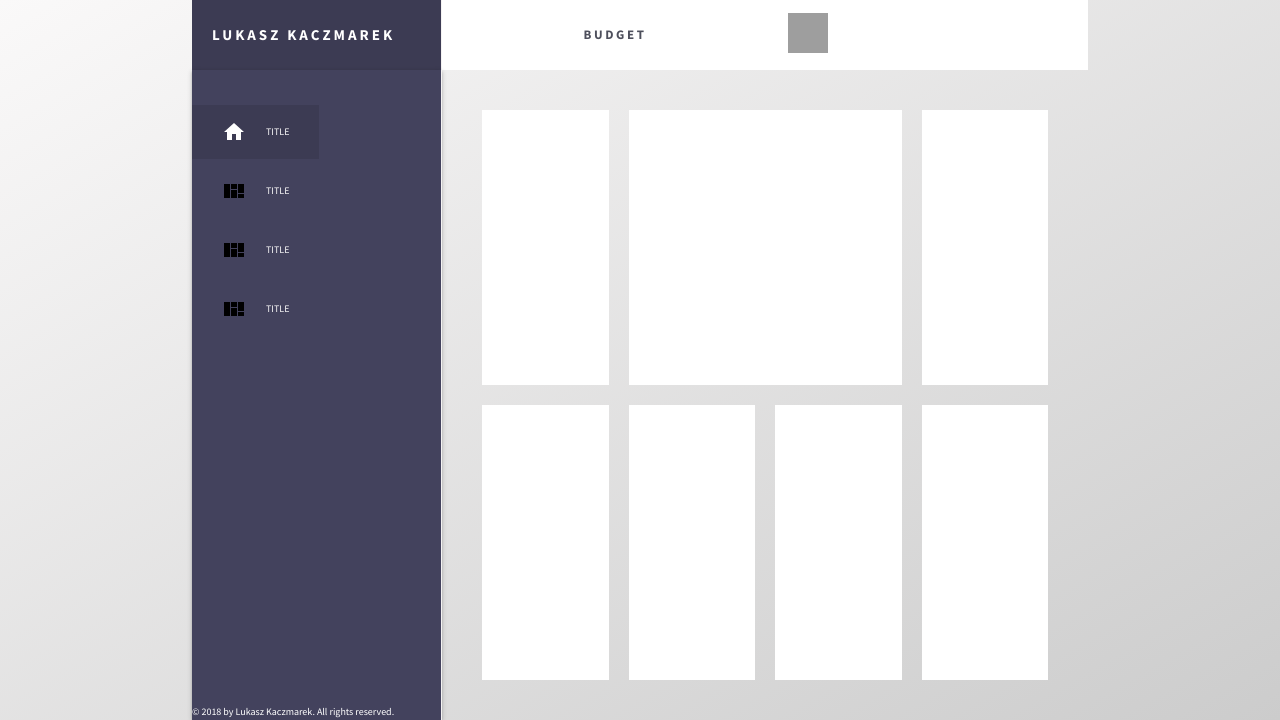
Repository: Archezi/BudgetApplication
Page: index.html
These files come from the project's save history. The page is drawn as it stood at one moment and after the next save; the edit follows.
The browser window is 1280 px wide. The pictures show the whole page.
Pictures or frames that could not be fetched are drawn as grey boxes. The style sheet was rebuilt from its Sass, Less or Tailwind sources for each picture, by a compiler version that may differ from the author's.

Above is the page before, as saved 2018-08-28 22:42:22.

### index.html
<!DOCTYPE html>
<html lang="en">
<head>
    <meta charset="UTF-8">
    <meta name="viewport" content="width=device-width, initial-scale=1.0">
    <meta http-equiv="X-UA-Compatible" content="ie=edge">
    <link href="https://fonts.googleapis.com/css?family=Source+Sans+Pro:300,400,700" rel="stylesheet">
    <!--Import Google Icon Font-->
    <link href="https://fonts.googleapis.com/icon?family=Material+Icons" rel="stylesheet">
    <!--Import materialize.css-->
    <link type="text/css" rel="stylesheet" href="css/materialize.min.css"  media="screen,projection"/>
    <!-- Website style.css-->
    <link rel="stylesheet" href="css/style.comp.css">

    <title>Budget Application</title>

</head>
<body>
   <div class="container">
        <header class="header">
            <div class="logo">
                <h1>Lukasz Kaczmarek</h1>
            </div>
            <div class="page_title">
                <h2>Budget</h2>
            </div>
            <div class="user-nav">
                <div class="user-nav__icon"></div>
                <div class="user-nav__profile">
                    <img src="https://source.unsplash.com/random/40x40" alt="">
                </div>
            </div>
        </header>

        <div class="content">
            <nav class="sidebar">
                <ul class="side-nav">
                    <li class="side-nav__item side-nav__item--active">
                        <a href="#" class="side-nav__link">
                                <svg class="side-nav__icon" style="width:24px;height:24px" viewBox="0 0 24 24">
                                    <path fill="#fff" d="M10,20V14H14V20H19V12H22L12,3L2,12H5V20H10Z" />
                                </svg>
                            <span>Title</span>
                        </a>
                    </li>
                    <li class="side-nav__item ">
                        <a href="#" class="side-nav__link">
                            <svg class="side-nav__icon" style="width:24px;height:24px" viewBox="0 0 24 24">
                                <path fill="#000000" d="M2,5V19H8V5H2M9,5V10H15V5H9M16,5V14H22V5H16M9,11V19H15V11H9M16,15V19H22V15H16Z" />
                            </svg>
                            <span>Title</span>
                        </a>
                    </li>
                    <li class="side-nav__item ">
                        <a href="#" class="side-nav__link">
                            <svg class="side-nav__icon" style="width:24px;height:24px" viewBox="0 0 24 24">
                                <path fill="#000000" d="M2,5V19H8V5H2M9,5V10H15V5H9M16,5V14H22V5H16M9,11V19H15V11H9M16,15V19H22V15H16Z" />
                            </svg>
                            <span>Title</span>
                        </a>
                    </li>
                    <li class="side-nav__item ">
                        <a href="#" class="side-nav__link">
                            <svg class="side-nav__icon" style="width:24px;height:24px" viewBox="0 0 24 24">
                                <path fill="#000000" d="M2,5V19H8V5H2M9,5V10H15V5H9M16,5V14H22V5H16M9,11V19H15V11H9M16,15V19H22V15H16Z" />
                            </svg>
                            <span>Title</span>
                        </a>
                    </li>
                </ul>

                <div class="legal">
                    &copy; 2018 by Lukasz Kaczmarek. All rights reserved.
                </div>
            </nav>

            <div class="main">
                <div class="budget">
                    <div class="income-panel"> </div>
                    <div class="history-panel"></div>
                    <div class="expenses-panel"></div>
                </div>
                <div class="statistics">
                    <div class="net-profit-panel"></div>
                    <div class="tax-panel"></div>
                    <div class="savings-panel"></div>
                    <div class="projections"></div>

                </div>
            </div>

        </div>
   </div>

   <!-- Compiled and minified JavaScript -->
   <script src="https://cdnjs.cloudflare.com/ajax/libs/materialize/1.0.0-rc.2/js/materialize.min.js"></script>
</body>
</html>

### sass/main.scss
@import "base/reset";
@import "base/base";
@import "base/typography";

@import "abstracts/variables";
@import "components/mainComponent";
@import "components/layout";

### sass/base/_base.scss
:root {
    --color-primary: #eb2f64;
    --color-primary-light: #FF3366;
    --color-primary-dark: #BA265D;

    --color-background-dark: #3C3B53;
    --color-background-light: #43425D;

    --color-grey-light-1: #faf9f9;
    --color-grey-light-2: #f4f2f2;
    --color-grey-light-3: #f0eeee;
    --color-grey-light-4: #ccc;

    --color-grey-dark-1: #333;
    --color-grey-dark-2: #4D4F5C;
    --color-grey-dark-3: #999;
    --color-white: #fff;
    --shadow-dark: 0 2rem 6rem rgba(0,0,0,.3);
    --shadow-light: 0 2rem 5rem rgba(0,0,0,.06);

    --line: 1px solid var(--color-grey-light-2);
}

$bp-largest: 75em;     // 1200px
$bp-large: 68.75em;    // 1100px
$bp-medium: 56.25em;   // 900px
$bp-small: 37.5em;     // 600px
$bp-smallest: 31.25em; // 500px

* {
    margin: 0;
    padding: 0;
}

*,
*::before,
*::after {
    box-sizing: inherit;
}

html {
    box-sizing: border-box;
    font-size: 62.5%; // 1rem = 10px, 10px/16px = 62.5%

    @media only screen and (max-width: $bp-large) {
        font-size: 50%;
    }
}

body {


    color: var(--color-grey-dark-2);
    background-image: linear-gradient(to right bottom, var(--color-grey-light-1), var(--color-grey-light-4));
    background-size: cover;
    background-repeat: no-repeat;

    min-height: 100vh;
}

### sass/base/_typography.scss
body {

    font-weight: 400;
    line-height: 1.6;
    font-family: 'Source Sans Pro', sans-serif;
    text-rendering: optimizeLegibility;
    -webkit-font-smoothing: antialiased;

}

### sass/abstracts/_variables.scss
$header-height: 7rem;
$sidebar-width: 25rem;

### sass/components/_mainComponent.scss

//////////////////////////////////////////
// Header

.logo {
    width: 25rem;
    padding: 0 2rem;

    border-right: var(--line);
    background: var(--color-background-dark);
    h1 {

        align-self: center;
        font-size: 1.5rem;
        font-weight: 700;
        line-height: 2rem;
        letter-spacing: 0.2em;
        text-transform: uppercase;
        padding: 2.5rem 0;
        color: var(--color-white);

    }
}
.page_title {
    width: 30rem;
    text-align: center;
    h2 {
        font-size: 1.3rem;
        font-weight: 700;
        letter-spacing: 0.2em;
        text-transform: uppercase;
    }
}
.user-nav {
    width: 30rem;
}

.content {

    display: flex;


}

.side-nav {
    font-size: 1.5rem;
    list-style: none;
    margin-top: 3.5rem;

    &__item {
        position: relative;

        &:not(:last-child) {
            margin-bottom: .5rem;
        }
    }
    &__item::before {
        content: "";
        position: absolute;
        top: 0;
        left: 0;
        height: 100%;
        width: 3px;
        background-color: var(--color-background-dark);
        transform: scaleY(0);
        transition: transform .2s,
                    width .4s cubic-bezier(1,0,0,1) .2s,
                    background-color .1s;
    }

    &__item:hover::before,
    &__item--active::before {
        transform: scaleY(1);
        width: 100%;
    }

    &__item:active::before {
        background-color: var(--color-background-light);
    }

    &__link:link,
    &__link:visited {
        color: var(--color-grey-light-1);
        text-decoration: none;
        text-transform: uppercase;
        display: block;
        padding: 1.5rem 3rem;
        position: relative;
        z-index: 10;

        display: flex;
        align-items: center;

        @media only screen and (max-width: $bp-medium) {
            justify-content: center;
            padding: 2rem;
        }

        @media only screen and (max-width: $bp-small) {
            flex-direction: column;
            padding: 1.5rem .5rem;
        }
    }

    &__icon {
        width: 1.75rem;
        height: 1.75rem;
        margin-right: 2rem;
        fill: #fff;

        @media only screen and (max-width: $bp-small) {
            margin-right: 0;
            margin-bottom: .7rem;
            width: 1.5rem;
            height: 1.5rem;
        }
    }
}

### sass/components/_layout.scss
.container {
    max-width: 100%;
    min-height: 100vh;
    margin: 0 auto;

}

.header {
    height: $header-height;
    background: var(--color-white);
    display: flex;
    justify-content: space-between;
    align-items: center;
}
.sidebar {
    border-right: var(--line);
    background-color: var(--color-background-light);
    flex: 0 0 25rem;
    // width: 25rem;
    display: flex;
    flex-direction: column;
    justify-content: space-between;
    height: calc(100vh - 7rem);
}

.main {
    padding: 4rem;
    width: 100%;
    display: grid;
    grid-gap: 2rem;

    .budget {
        display: grid;
        grid-gap: 2rem;
        grid-template-columns: repeat(4, 1fr);
        & > * {
            background: var(--color-white);
        }
        .history-panel {
            grid-column: 2 / span 2;
        }
    }

    .statistics {
        display: grid;
        grid-gap: 2rem;
        grid-template-columns: repeat(4, 1fr);

        & > * {
            background: var(--color-white);
        }

    }
}

Loaded but not shown: css/materialize.min.css (library); sass/base/_reset.scss (common file)

After the next save:
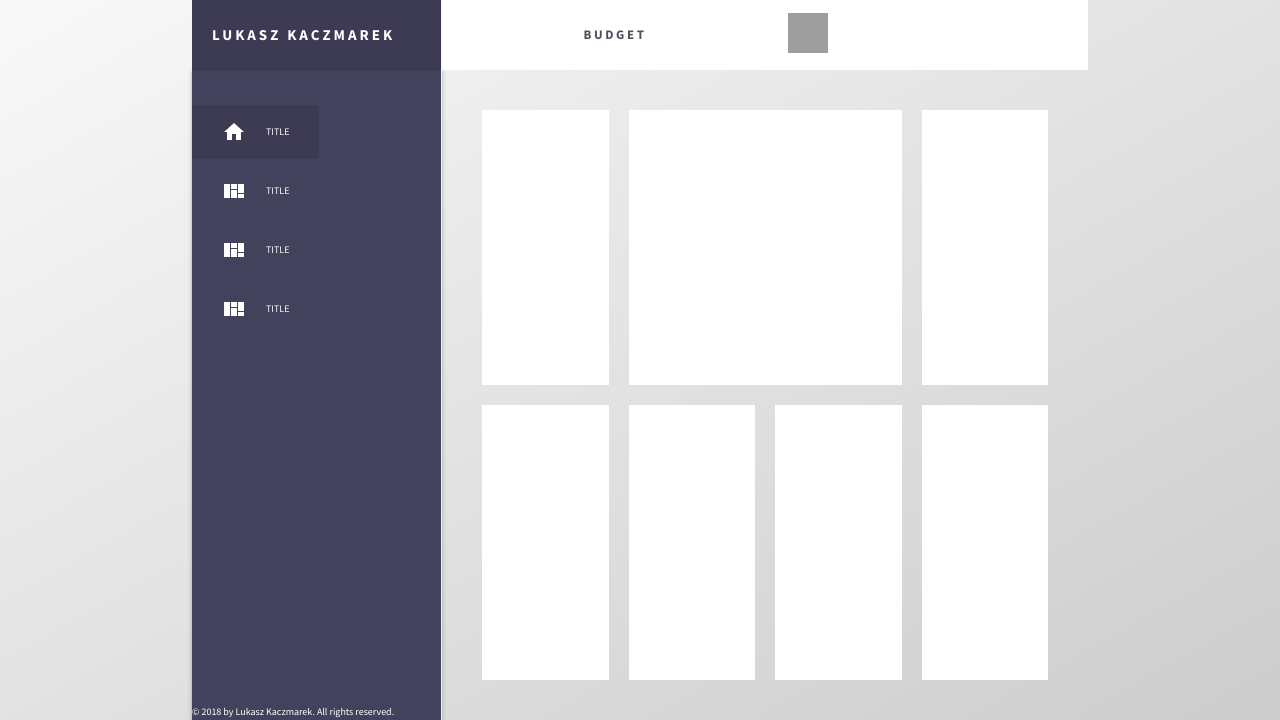
Saved 39 s later.
--- a/sass/components/_mainComponent.scss
+++ b/sass/components/_mainComponent.scss
@@ -106,8 +106,10 @@
         width: 1.75rem;
         height: 1.75rem;
         margin-right: 2rem;
-        fill: #fff;
-
+        fill: currentColor;
+        path {
+            fill: #fff;
+        }
         @media only screen and (max-width: $bp-small) {
             margin-right: 0;
             margin-bottom: .7rem;
